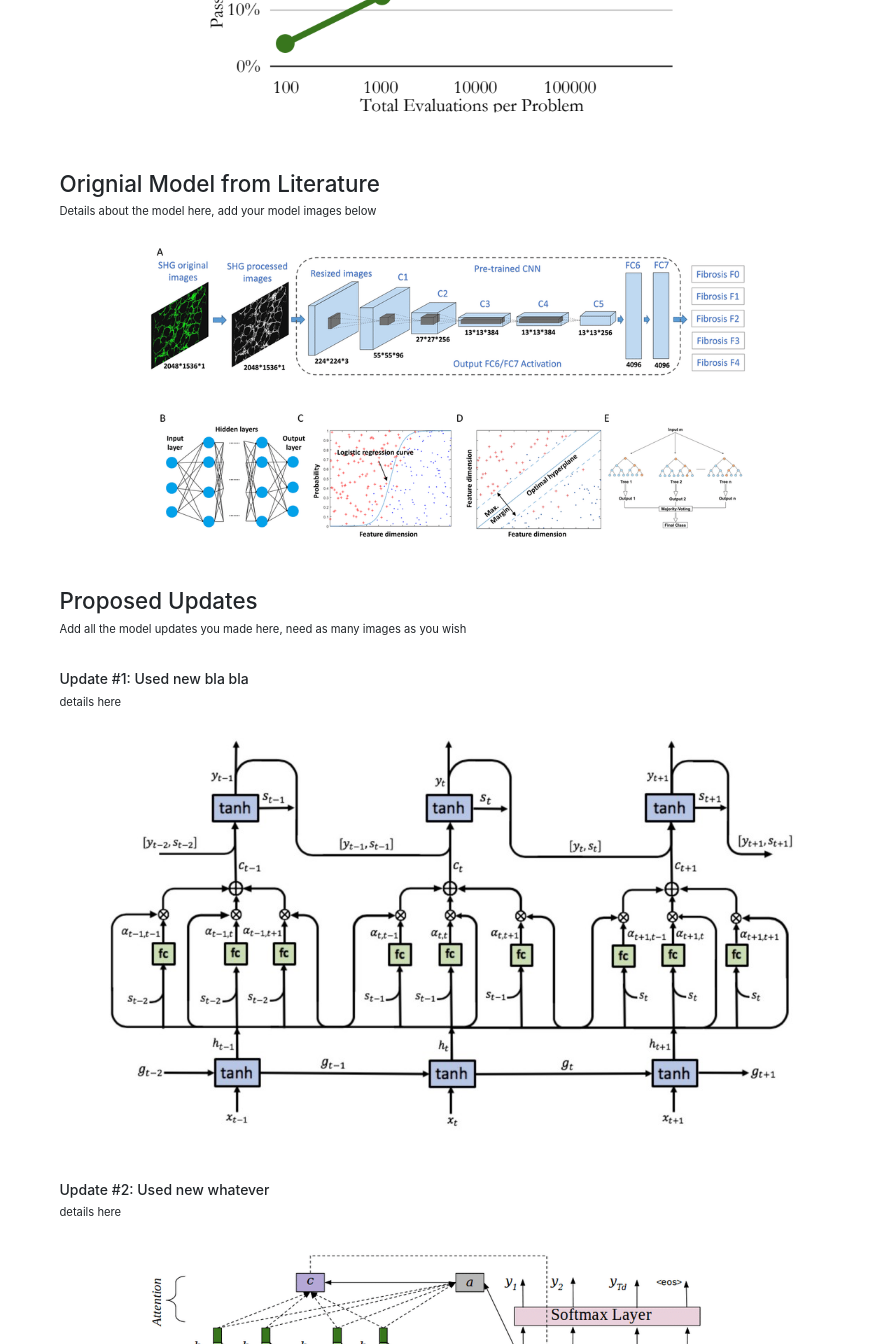
Repository: Shaalan-omar/ConcodePlus
Page: team-specific/index.html
The author's editor kept a copy of each file at every save. The page is drawn from the files as they stood at one save, then again after the next save.
The browser window is 1280 px wide. The pictures show the part of the page from y = 4181 to 6101 px (the page is 7921 px tall before and 7710 px after), at 70% of full size.

Above is the page before, as saved 2023-05-12 03:04:31.

After the next save:
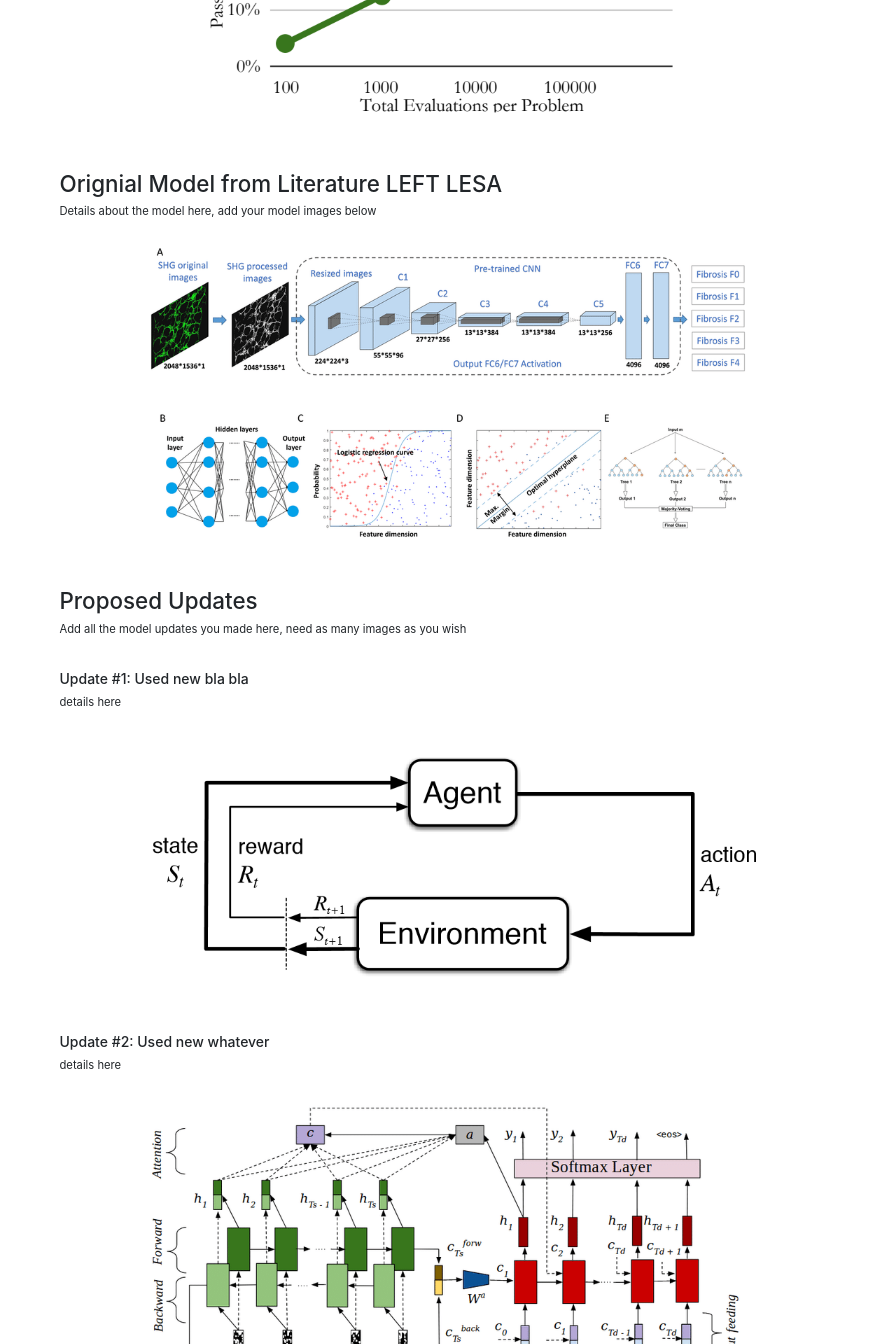
Saved 48 min 29 s later.
--- a/team-specific/index.html
+++ b/team-specific/index.html
@@ -155,7 +155,7 @@
 
     <div class="row">
       <div class="col-lg-12 text-left">
-        <h2 class="mt-5">Orignial Model from Literature</h2>
+        <h2 class="mt-5">Orignial Model from Literature LEFT LESA</h2>
 
         <p>
 			Details about the model here, add your model images below
@@ -183,7 +183,7 @@
 		</p>
 		<br/> <!-- Empty Line before the image -->
 	    <div class="img-container" align="center"> <!-- Block parent element -->
-      		<img src="resources/images/update1.jpeg" class="img-fluid text-center">
+      		<img src="resources/images/reinforcement.png" class="img-fluid text-center">
     	</div>
     	<br/> <!-- Empty Line after the image -->
 
@@ -259,7 +259,7 @@
 		<ol>
 		  <li><a href="https://arxiv.org/pdf/2212.10561v2.pdf">Parsel Paper</a></li>
 		  <li><a href="https://arxiv.org/pdf/2109.00859v1.pdf">CodeT5 PaperL</a></li>
-		  <li><a href="http://www.google.com">Model Reference URL</a></li>
+		  <li><a href="http://www.google.com">Dataset Link</a></li>
 		</ol>
 	  </div>
 	</div>
